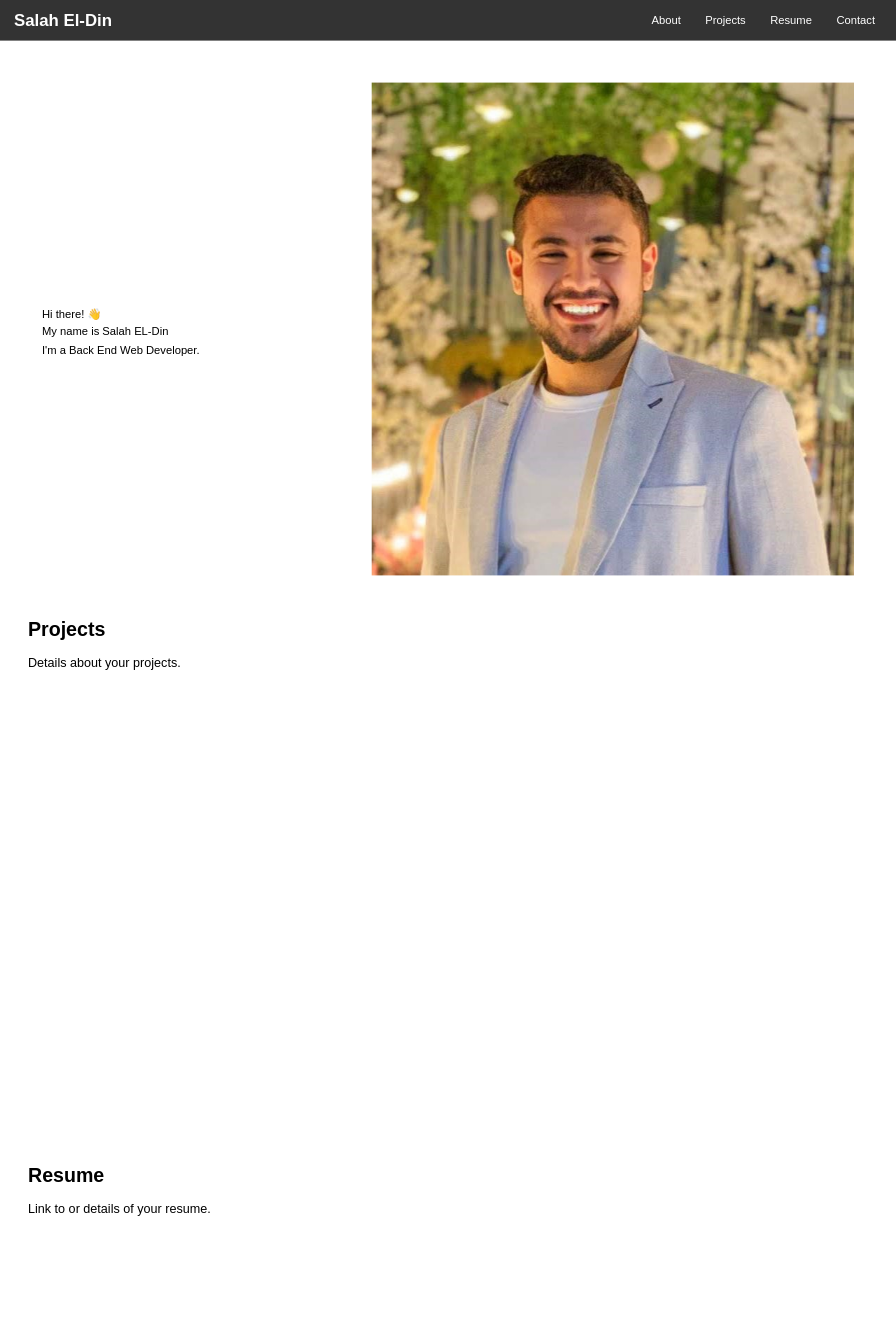
Repository: Salah-Wael/Salah-EL-Din-Portfolio
Page: index.html
The author's editor kept a copy of each file at every save. The page is drawn from the files as they stood at one save, then again after a run of saves.
The browser window is 1280 px wide. The pictures show the part of the page from y = 0 to 1920 px (the page is 3198 px tall), at 70% of full size.

Above is the page before, as saved 2024-07-13 03:25:21.

### index.html
<!DOCTYPE html>
<html lang="en">
<head>
  <meta charset="UTF-8">
  <meta name="viewport" content="width=device-width, initial-scale=1.0">
  <title>Salah EL-Din Portfolio</title>
  <link rel="stylesheet" href="./style.css">
</head>
<body>
  <nav>
    <h1>Salah El-Din</h1>
    <ul>
      <li><a href="#about">About</a></li>
      <li><a href="#projects">Projects</a></li>
      <li><a href="#resume">Resume</a></li>
      <li><a href="#contact">Contact</a></li>
    </ul>
  </nav>
  <section id="about">
    <div class="about">
      <div>
        Hi there! 👋<br>
        My name is Salah EL-Din <br> I'm a <span>Back End Web Developer.</span>
      </div>
      <div>
        <img src="./img/Salah EL-Din Wael2.jpg" alt="Salah EL-Din">
      </div>
    </div>
  </section>
  <section id="projects">
    <h2>Projects</h2>
    <p>Details about your projects.</p>
  </section>
  <section id="resume">
    <h2>Resume</h2>
    <p>Link to or details of your resume.</p>
  </section>
  <section id="contact">
    <h2>Contact</h2>
    <p>Contact information.</p>
  </section>
</body>
</html>

### style.css
/* Reset some basic styles */
body, h1, h2, p, ul, li, a {
  margin: 0;
  padding: 0;
  list-style: none;
  text-decoration: none;
  font-family: Arial, sans-serif;
}

/* General body styling */
body {
  font-family: Arial, sans-serif;
  line-height: 1.6;
}

/* Styling for navigation bar */
nav {
  background-color: #333;
  color: white;
  display: flex;
  justify-content: space-between;
  align-items: center;
  padding: 10px 20px;
}

nav h1 {
  font-size: 24px;
}

nav ul {
  display: flex;
  gap: 15px;
}

nav ul li {
  list-style: none;
}

nav ul li a {
  color: white;
  text-decoration: none;
  padding: 5px 10px;
}

nav ul li a:hover {
  background-color: #575757;
  border-radius: 5px;
}

/* Section styling */
section {
  padding: 20px;
  margin: 20px;
  /* width: 100%; */
  height: 100vh;
}

section h2 {
  font-size: 28px;
  margin-bottom: 10px;
}

section p {
  font-size: 18px;
}

.about{
  display: flex;
  justify-content: space-between;
  align-items: center;
  margin: 20px;

}

.about div img{

}

After the next 2 saves:
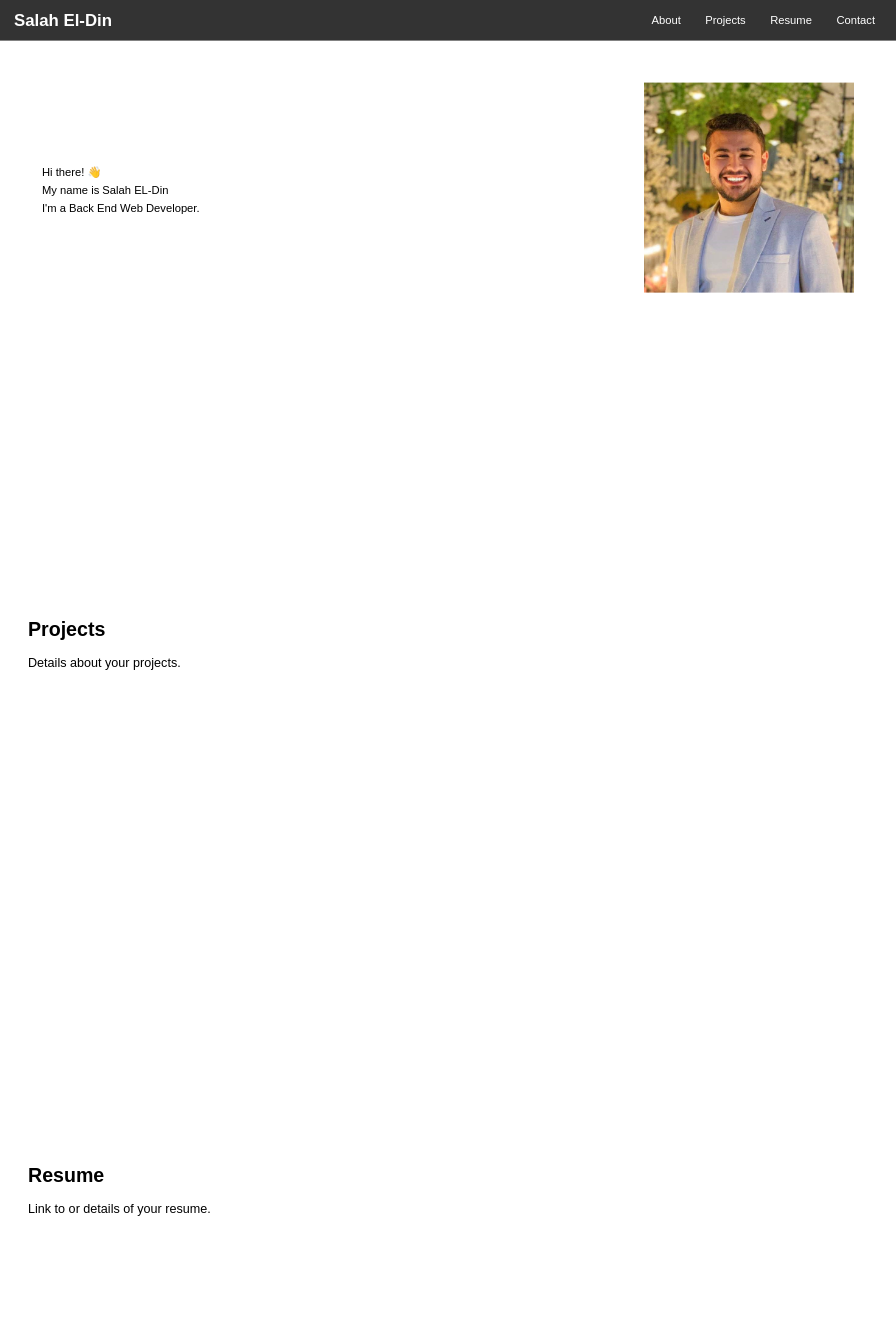
The 2 saves are shown as one change because they came seconds apart.
The last was saved 5 s later.
--- a/style.css
+++ b/style.css
@@ -73,5 +73,6 @@ section p {
 }
 
 .about div img{
-
+  width: 300px;
+  height: 300px;
 }
